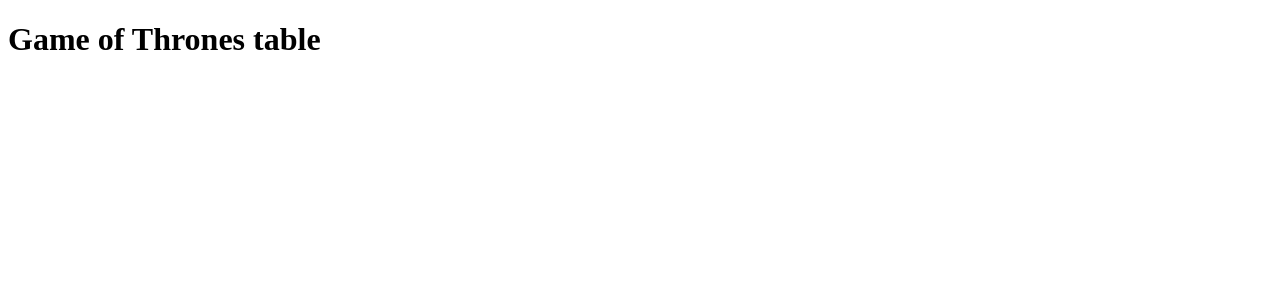
Repository: linas-dev/HTML-CSS-Projects
Page: Basic_HTML_and_CSS/HTML_Table.html
An editor plug-in stored every save of this project. The page is shown before and after the next save, followed by the edit.
The browser window is 1280 px wide. The pictures show the whole page.

Above is the page before, as saved 2021-05-30 10:33:15.

After the next save:
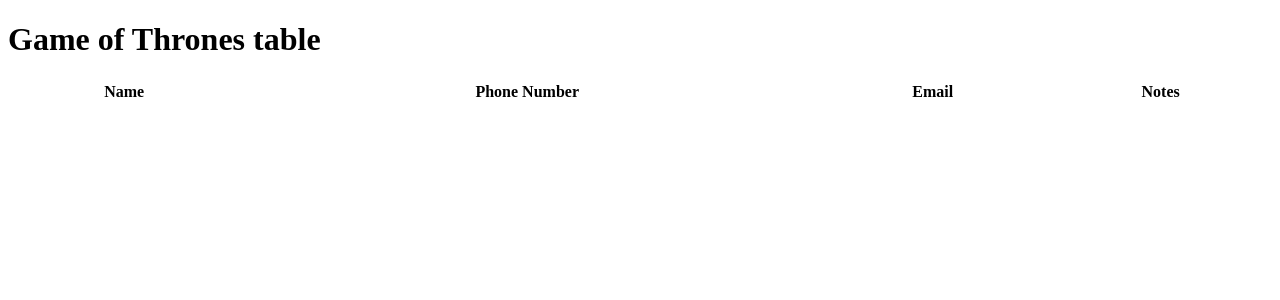
Saved 31 s later.
--- a/Basic_HTML_and_CSS/HTML_Table.html
+++ b/Basic_HTML_and_CSS/HTML_Table.html
@@ -12,10 +12,16 @@
     <h1>Game of Thrones table</h1>
     <table style="width:100%">
         <tr>
-            <th></th>
-            <th></th>
-            <th></th>
-            <th></th>
+            <th>Name</th>
+            <th>Phone Number</th>
+            <th>Email</th>
+            <th>Notes</th>
+        </tr>
+        <tr>
+            <td></td>
+            <td></td>
+            <td></td>
+            <td></td>
         </tr>
         <tr>
             <td></td>
